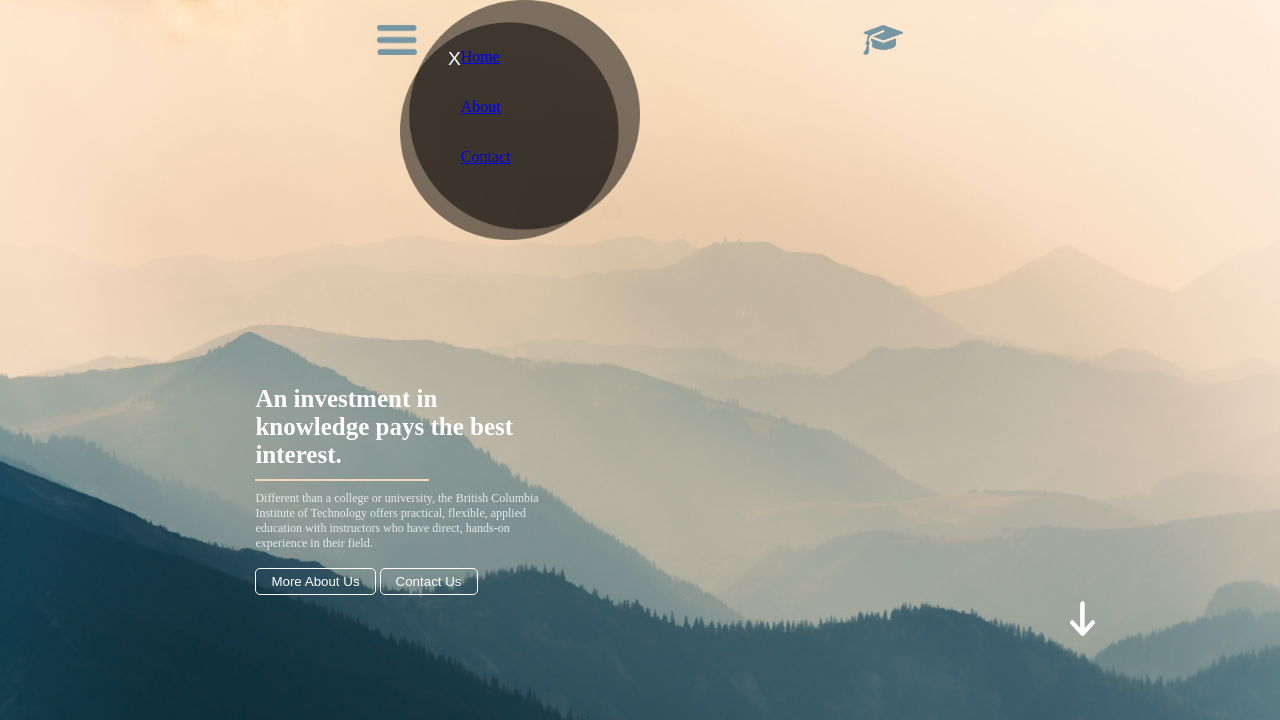
Repository: Sheraliramzan/Aly_A01253508_Assignment1
Page: /
The author's editor kept a copy of each file at every save. The page is drawn from the files as they stood at one save, then again after the next save.
The browser window is 1280 px wide. The pictures show the whole page.
The project was rebuilt for these pictures with package versions that can differ from the ones it lists, and the page was loaded fresh each time. The framework's server and built-in components were replaced by stand-ins that run in the browser. Also part of the build but not shown: next.config.js.

Above is the page before, as saved 2023-02-04 17:47:34.

### pages/index.js
import Head from 'next/head'
import Image from 'next/image'
import styles from '../styles/Home.module.css'
import { useState } from 'react'
import { useRouter } from 'next/router'



export default function Home() {

  const [isMenuOpen, setIsMenuOpen] = useState(false);
  const handleClick = () => {
    setIsMenuOpen(!isMenuOpen);
  };
  const router = useRouter();
  return (
    <>
      <Head>
        <title>Home</title>
        <meta name="author" content="MDIA 2109" />
        <meta property="og:title" content= "Assignment #1 - Home Page"/>
        <meta property="og:description" content= "BCIT Digital Design and Development Diploma"/>
        <meta name="viewport" content="width=device-width, initial-scale=1" />
        <link rel="icon" href="/favicon.png" />
      </Head>
      <main className={styles.main}>
        <div className='fullcont'>
          <div className="navcont">
              <Image
                src={"/icons/menu-icon.png"}
                width={40}
                height={30}
                onClick={handleClick}
              />
              <Image src={"/icons/graduation-hat.png"} width={40} height={30} />
          </div>
          <div className="menucont">
          <div className="listcont">
            <div className="btncont">
              <button className="close" onChange={handleClick}>
                X
              </button>
            </div>
              <ul>
                <li>
                  <a href='#'>Home</a>
                </li>
                <li>
                  <a href='#'>About</a>
                </li>
                <li>
                  <a href='#'>Contact</a>
                </li>
              </ul>
            </div>
          <Image
            src={"/background-images/menuBackground.png"}
            width={240}
            height={240}
          />
        </div>

          <div className="headcont">
            <h1 className="headhome">An investment in <br/>knowledge pays the best <br/> interest.</h1>
            <div className="horidiv"></div>
            <p className="para1">Different than a college or university, the British Columbia <br/> Institute of Technology offers practical, flexible, applied education with instructors who have direct, hands-on experience in their field.</p>
          </div>
          <a className='butcont'>
            <button className='but1'>More About Us</button>
            <button className='but1'>Contact Us</button>
          </a>
          <a>
            <span>
              <Image className='downarrow' src ={"/downwardArrow.png"} width={25} height={35}></Image>
            </span>
          </a>
        </div>
      </main>
    </>
  )
}

### styles/globals.css


* {
  box-sizing: border-box;
  padding: 0;
  margin: 0;
}

html,
body {
  max-width: 100vw;
  overflow-x: hidden;

  background-image:url('../public/background-images/backgroundMountain.jpg') ;
  background-size: cover;
  background-repeat: no-repeat;
  height: 100vh;
}
.navcont {
  display: flex;
  align-items: center;
  justify-content: space-between;
  padding: 10px 1px;
}
.menucont{
  position: absolute;
  top: 0rem;
  left: 25rem;
}

ul {
  display: flex;
  flex-direction: column;
  gap: 2rem;
}

ul > li {
  list-style-type: none;
  color: white;
}
.listcont{
  position: absolute;
  display: flex;
  align-items: flex-start;
  left: 3rem;
  top: 3rem;
}

.btncont {
  display: flex;
}

.close {
  background-color: transparent;
  border: none;
  font-size: larger;
  color: white;
}

.fullcont{
  margin: 15px;
}
.but1{
  margin: 2px;
  padding: 5px 15px;
  background: none;
  border: 1px solid var(--primary-color);
  border-radius: 5px;
  color:var(--primary-color) ;
}
.butcont{
 margin-left: -123px;
}

.but1:hover{
  background-color: var( --primary-color);
  color: var(--quinary-color);
}
.downarrow{
  position: relative;
  left: 590px;
  top:50px;
}
.headcont{
  display: flex;
  flex-direction: column;
  width: 55%;
  margin-top: 320px;
  margin-left: -121px;
}
.headhome{
  color: var(--primary-color);
  font-size: 25px;
  margin-bottom: 10px;
}
.horidiv{
  width: 60%;
  border: 1px solid var(--secondary-color);
  margin-bottom: 10px;
}
.para1{
  color: var(--primary-color);
  font-size:12px;
  width: 100%;
  opacity: 0.8;
}


#carouselImage{
  height: 200px;
  background-repeat: no-repeat;
  background-size: cover;
  display: flex;
  justify-content: center;
  align-items: center;
  margin: 40px 0px;
}
#testOnImageHere{
  background-color: rgba(16, 46, 53, 0.5);
  padding: 10px;
  margin: 0px 50px;
}

### styles/variables.css
:root{
    --primary-color:#fff;
    --secondary-color:#f4d6b9;
    --ternary-color: #7796a4;
    --quaternary-color:#14343d;
    --quinary-color:rgba(16,46,53,0.5);
}

### styles/Home.module.css
.main {
  display: flex;
  flex-direction: column;
  justify-content: space-between;
  align-items: center;
}

Loaded but not shown: pages/_app.js (common file); pages/_document.js (common file); pages/api/hello.js (common file)

After the next save:
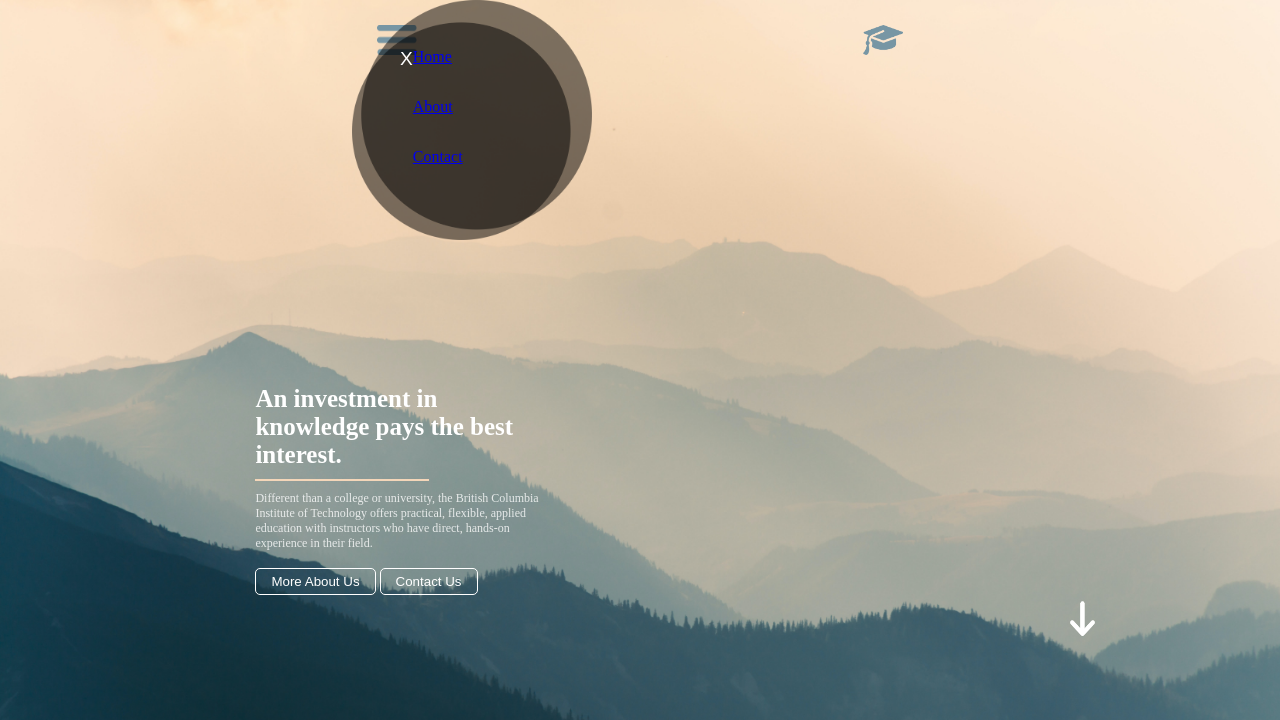
Saved 5 s later.
--- a/styles/globals.css
+++ b/styles/globals.css
@@ -25,7 +25,7 @@ body {
 .menucont{
   position: absolute;
   top: 0rem;
-  left: 25rem;
+  left: 22rem;
 }
 
 ul {
